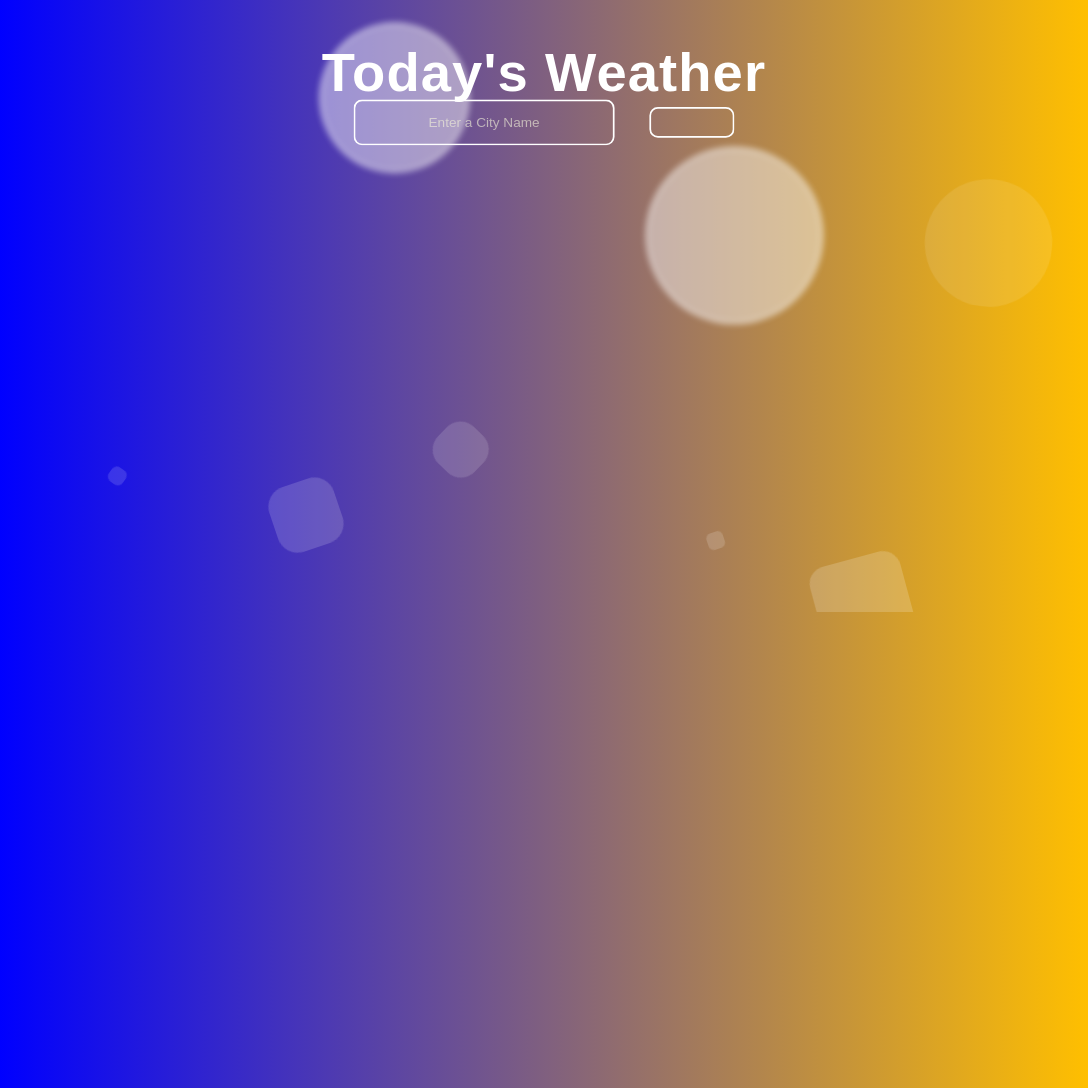
Repository: KayceeNguyen/bubleweather-app
Page: /
An editor plug-in stored every save of this project. The page is shown before and after the next save, followed by the edit.
The browser window is 1280 px wide. The pictures show the whole page, at 85% of full size.
The project was rebuilt for these pictures with package versions that can differ from the ones it lists, and the page was loaded fresh each time. The framework's server and built-in components were replaced by stand-ins that run in the browser. Also part of the build but not shown: next.config.js.

Above is the page before, as saved 2023-01-20 02:47:16.

After the next save:
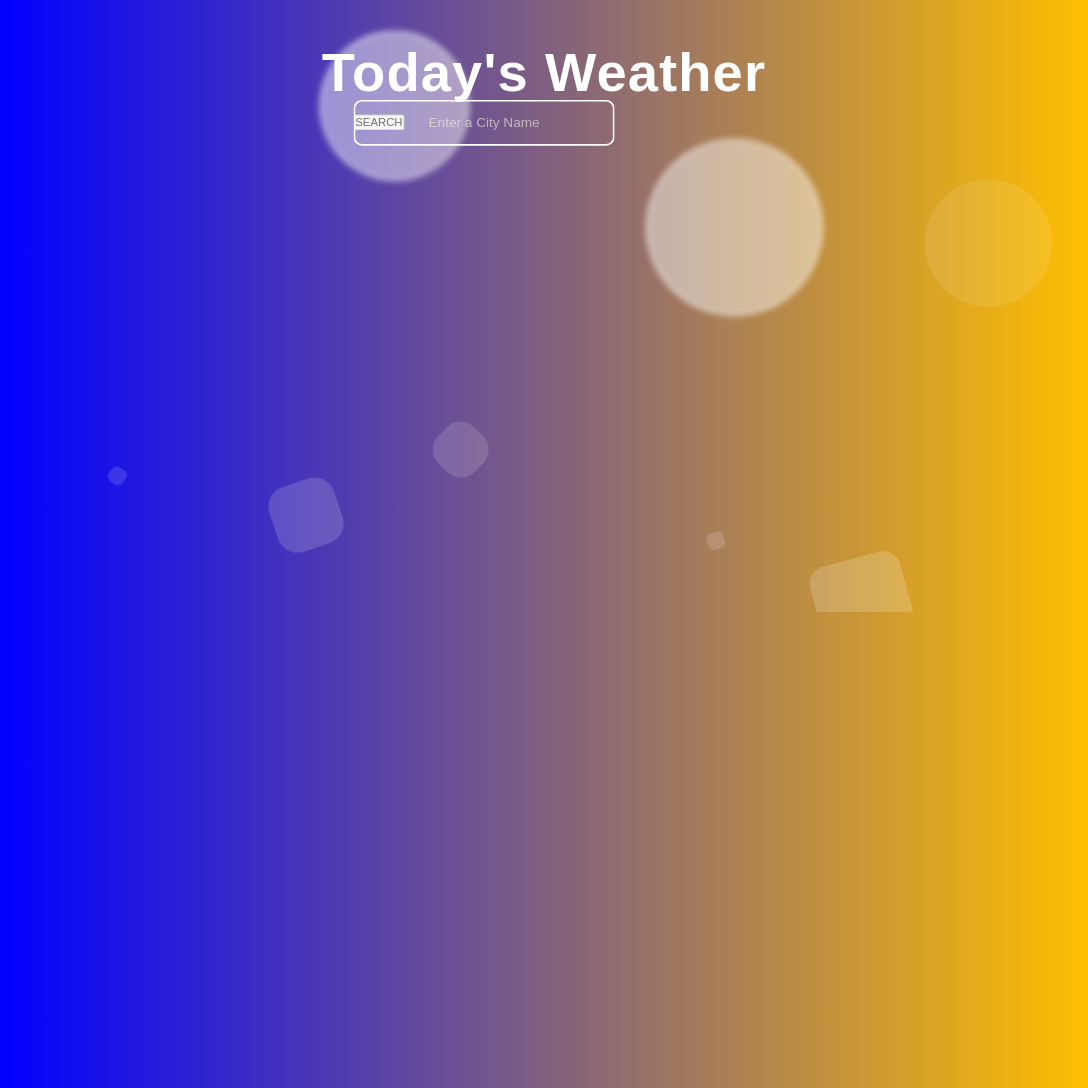
Saved 13 s later.
--- a/pages/index.js
+++ b/pages/index.js
@@ -141,16 +141,13 @@ export default function Home() {
 
             />
 
-          {/* <button className={styles.searchBtn}
+          <button className={styles.searchBtn}
             type="submit"
             onClick={setWeather}
 
-          >SEARCH</button> */}
-
-          <image className={styles.location}
-            src='../../public/location.png'
-
-          />
+          >SEARCH</button>
+
+
 
 
           </div>
